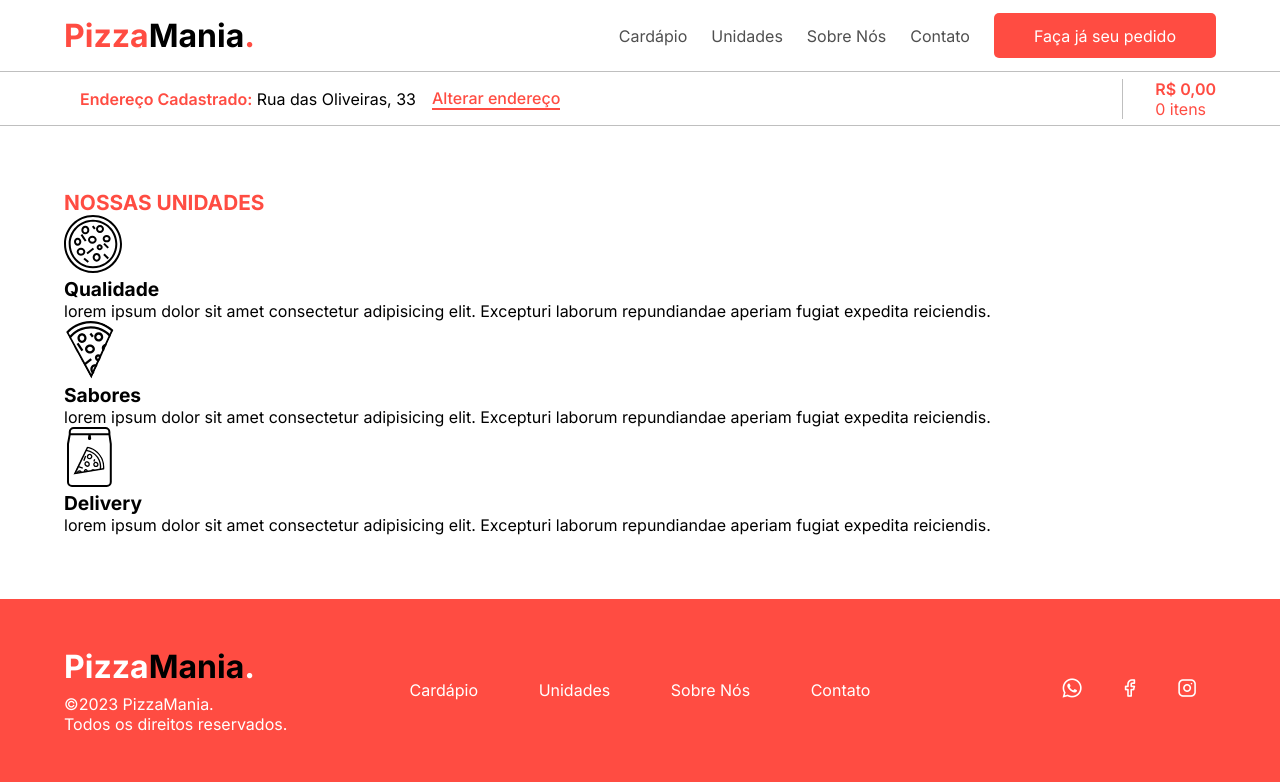
Repository: lucas-albuq/PizzaMania
Page: assets/pages/unidades.html
The author's editor kept a copy of each file at every save. The page is drawn from the files as they stood at one save, then again after the next save.
The browser window is 1280 px wide. The pictures show the whole page.
Some icons come from a web library that is not loaded, so they are not drawn. Some web libraries are served in a nearby version.

Above is the page before, as saved 2024-01-04 22:27:53.

After the next save:
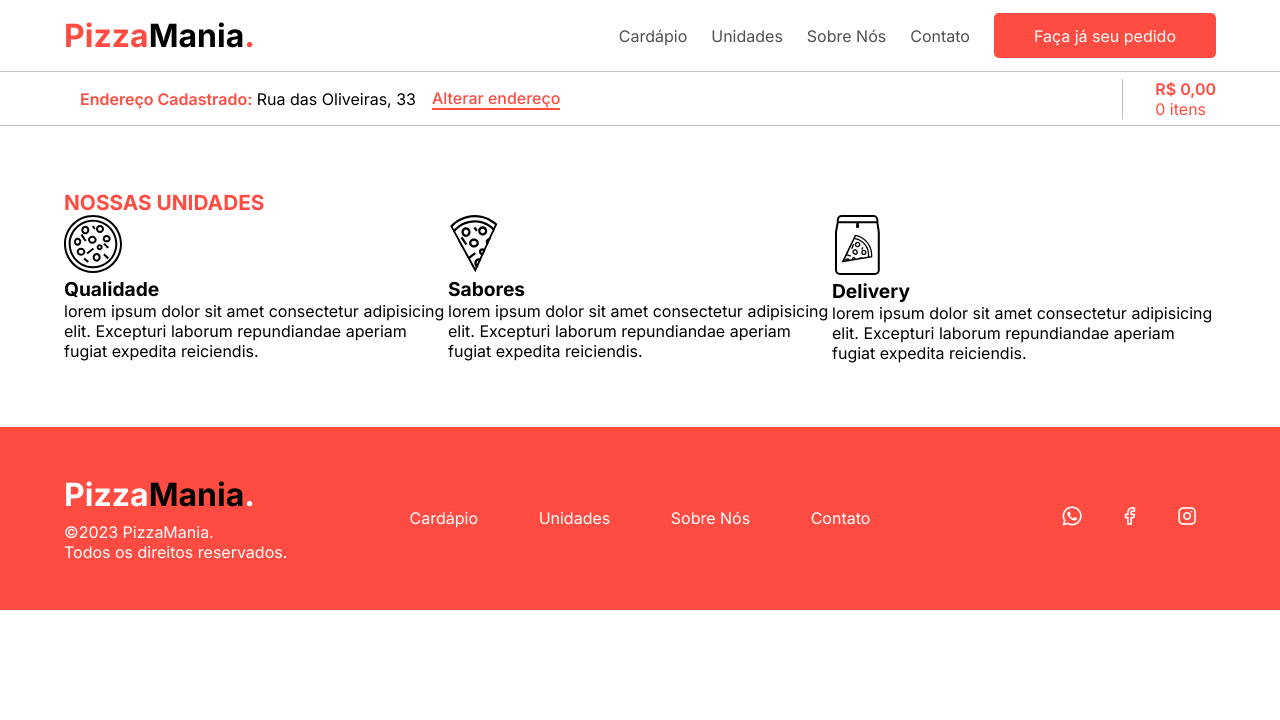
Saved 4 s later.
--- a/assets/css/pizzamania.css
+++ b/assets/css/pizzamania.css
@@ -246,7 +246,7 @@
 .footer-logo-copy a span{
   color: var(--secondary-color);
 }
-.servicos > div, .{
+.servicos > div, .unidades > div{
   display: flex;
   justify-content: space-between;
 }
